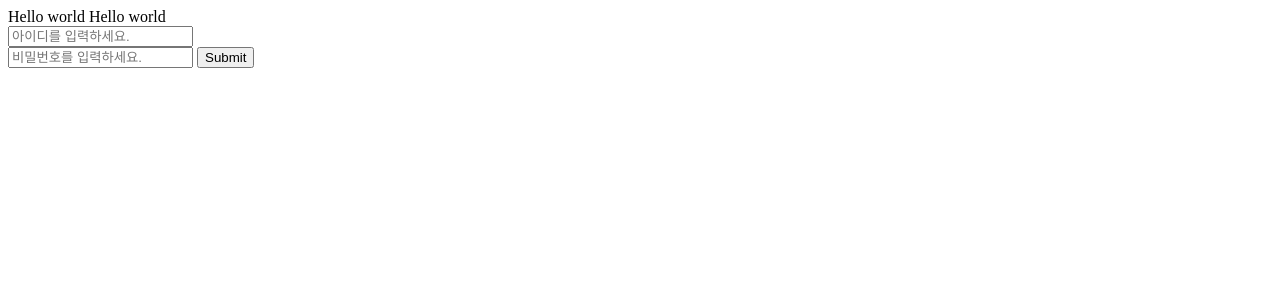
Repository: Chojaejun/javastudy
Page: HelloWorld/WebContent/a.html
The author's editor kept a copy of each file at every save. The page is drawn from the files as they stood at one save, then again after the next save.
The browser window is 1280 px wide. The pictures show the whole page.

Above is the page before, as saved 2020-12-04 06:31:23.

After the next save:
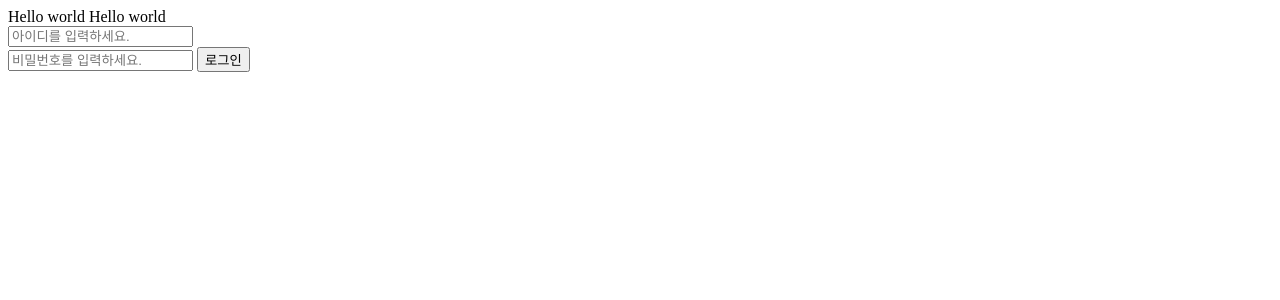
Saved 12 s later.
--- a/HelloWorld/WebContent/a.html
+++ b/HelloWorld/WebContent/a.html
@@ -14,7 +14,7 @@ Hello		world
 	<input name="id" placeholder="아이디를 입력하세요.">
 	<br>
 	<input type="passworld" name="pw" placeholder="비밀번호를 입력하세요.">
-	<input type="submit">
+	<input type="submit" value="로그인">
 
 </form>
 
